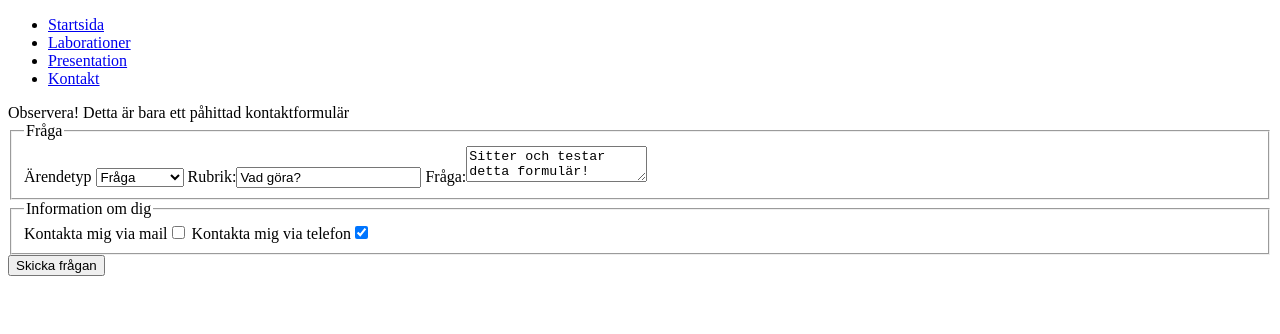
Repository: ej222ru/1IK415-laborationer
Page: pages/kontakt.html
The author's editor kept a record of every edit. The page is drawn from the files as they stood at one moment, then again after the next edit.
The browser window is 1280 px wide. The pictures show the whole page.

Above is the page before.

After the next edit:
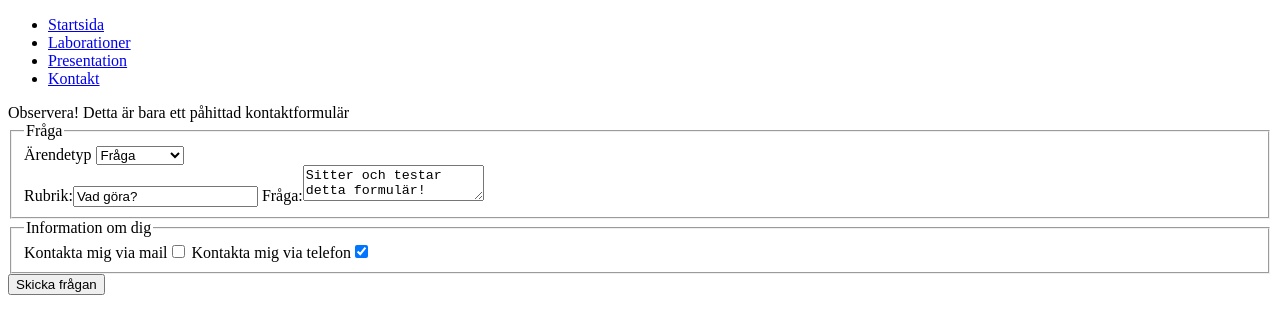
The edit:
--- a/pages/kontakt.html
+++ b/pages/kontakt.html
@@ -17,14 +17,17 @@
 -->
         <form id="contact-form" action="http://voyager.lnu.se/tekinet/kurser/dtt/wp_webbintro/form.php"  method="post">
             Observera!  Detta är bara ett påhittad kontaktformulär
+
             <fieldset>
                 <legend>Fråga</legend>
-                <label for="errend">Ärendetyp</label>
-                    <select name="Ärendetyp" id="errend">
-                      <option value="Fråga">Fråga</option>
-                      <option value="Faktura">Faktura</option>
-                      <option value="Beställning">Beställning</option>
-                    </select>
+                <div>
+                    <label for="errend">Ärendetyp</label>
+                        <select name="Ärendetyp" id="errend">
+                          <option value="Fråga">Fråga</option>
+                          <option value="Faktura">Faktura</option>
+                          <option value="Beställning">Beställning</option>
+                        </select>
+                </div>
 <!--    for in label have the same name as id in input
 -->
                 <label for="Rubrik">Rubrik:</label><input type="text" name="Rubrik" id="Rubrik" value="Vad göra?">
